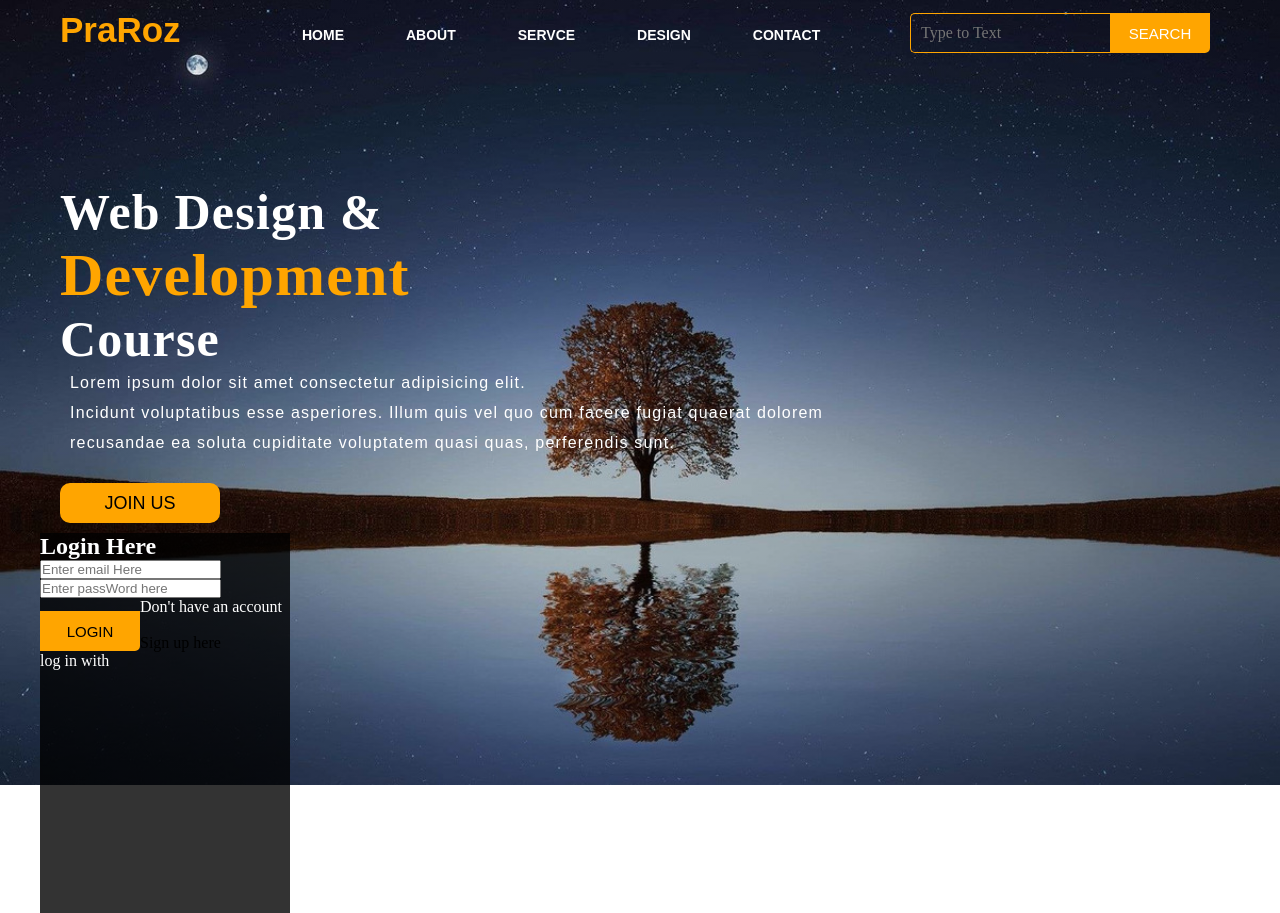
Repository: HuynhDuc23/project3
Page: index.html
These files come from the project's save history. The page is drawn as it stood at one moment and after the next save; the edit follows.
The browser window is 1280 px wide. The pictures show the whole page.

Above is the page before, as saved 2023-05-04 15:42:52.

### index.html
<html lang="en">
<head>
    <meta charset="UTF-8">
    <meta http-equiv="X-UA-Compatible" content="IE=edge">
    <meta name="viewport" content="width=device-width, initial-scale=1.0">
    <link rel="stylesheet" href="https://cdnjs.cloudflare.com/ajax/libs/font-awesome/6.4.0/css/all.min.css" integrity="sha512-iecdLmaskl7CVkqkXNQ/ZH/XLlvWZOJyj7Yy7tcenmpD1ypASozpmT/E0iPtmFIB46ZmdtAc9eNBvH0H/ZpiBw==" crossorigin="anonymous" referrerpolicy="no-referrer" />
    <link rel="stylesheet" href="style.css">
    <title>Document</title>
</head>
<body>
    <div class="main">
        <div class="navbar">
            <div class="icon">
                <h2 class="logo">PraRoz</h2>
            </div>
            <div class="menu">
                <ul>
                    <li><a href="#">HOME</a> </li>
                    <li><a href="#">ABOUT</a></li>
                    <li><a href="#">SERVCE</a></li>
                    <li><a href="#">DESIGN</a></li>
                    <li><a href="#">CONTACT</a></li>
                </ul>
            </div>
            <div class="search">
                <input type="search" class="srch" placeholder="Type to Text">
                <a href="#"><button class="btn">Search</button></a>
            </div>
        </div>
        <div class="content">
            <h1>Web Design & <br> <span>Development</span><br>Course</h1>
            <p class="para">Lorem ipsum dolor sit amet consectetur adipisicing elit. <br> Incidunt voluptatibus esse asperiores. Illum quis vel quo cum facere fugiat quaerat dolorem <br> recusandae ea soluta cupiditate voluptatem quasi quas, perferendis sunt.</p>


            <button class="cn" ><a  href="#">JOIN US</a></button>
            <div class="form">
                <h2>Login Here</h2>
                <input type="email" name="email" placeholder="Enter email Here">
                <input type="password" name="password" placeholder="Enter passWord here">
                <button class="btn"><a href="#">Login</a></button>

                <p class="link">Don't have an account </p> <br>
                <a href="#">Sign up here</a>
                <p class="liw">log in with</p>
            </div>
        </div>
    </div>
</body>
</html>

### style.css
* {
    margin: 0;
    padding: 0;
}
.main {
    width: 100%;
    background-image: linear-gradient(to right bottom , rgba(176, 55, 55, 0),rgba(0, 0, 0, 0.286)),url("img/Project3.png");
    background-position: center;
    background-size: cover;
    background-repeat: no-repeat;
    height: 109vh;
}
.navbar
{
    width: 1200px;
    height: 75px;
    margin: auto;
    /* overflow: hidden; */
}
.icon {
    width: 200px;
    float: left;
    height: 70px;

}
.logo {
    color: orange;
    font-size: 35px;
    font-family: Arial, Helvetica, sans-serif;
    padding-left: 20px;
    float: left;
    padding-top: 10px;
}
.menu {
    width: 400px;
    height: 70px;
    float: left;
}
ul {
    float: left;
    display: flex;
    justify-content: center;
    align-items: center;
}
ul li {
    list-style: none;
     margin-left: 62px;
     margin-top: 27px;
     font-size: 14px;
}
ul li a {
    text-decoration: none;
    color: white;
    text-transform: uppercase;
    font-family: Arial, Helvetica, sans-serif;
    transition: 0.5s ease-in-out;
    font-weight: bold;

}
ul li a:hover {
    color: orange;
}
.search {
    width: 330px;
    margin-left: 270px;
    float: left;
}
.srch {
    font-family: 'Times New Roman', Times, serif;
    width: 200px;
    height: 40px;
    background: transparent;
    border: 1px solid orange;
    margin-top: 13px;
    color: white;
    border-right: none;
    font-size: 16px;
    padding: 10px;
    float: left;
    border-bottom-left-radius: 5px;
    border-top-left-radius: 5px;
}
.btn {
    width: 100px;
    height: 40px;
    margin-top: 13px;
    color: white;
    background-color: orange;
    text-transform: uppercase;
    border: 2px solid orange;
    /* border-radius: 5px; */
    border-bottom-right-radius: 5px;

    font-size: 15px;
    float: left;
    cursor: pointer;

}
.btn:focus {
    outline: none;
}
.srch:focus {
    outline: none;
}
.content {
    width: 1200px;
    height: auto;
    margin: auto;
    color: white;
    position: relative;
}
.content .para {
    padding-left: 30px;
    padding-bottom: 25px;
    font-family: Arial, Helvetica, sans-serif;
    letter-spacing: 1.2px;
    line-height: 30px;
}
.content h1 {
    font-size: 50px;
    font-family: 'Times New Roman', Times, serif;
    padding-left: 20px;
    padding-top: 9%;
    letter-spacing: 1.2px;

}
.content .cn {

    width: 160px;
    height: 40px;
    background-color: orange;
    border: none;
    margin-bottom: 10px;
    margin-left: 20px;
    font-size: 18px;
    border-radius: 10px;
    transition: 0.5s ease;
    cursor: pointer;

}
.content a {
    text-decoration: none;
    color: black;
    transition: 0.4s ease;
}
.cn:hover {
    background-color: white;
}
.content span {
    color: orange;
    font-size: 60px;
    font-weight: bold;
}
.form {
    width: 250px;
    height: 380px;
    background: linear-gradient(to top , rgba(0,0,0,0.8)50% ,rgba(0,0,0,0.8)50% );
    position: absolute;

}

After the next save:
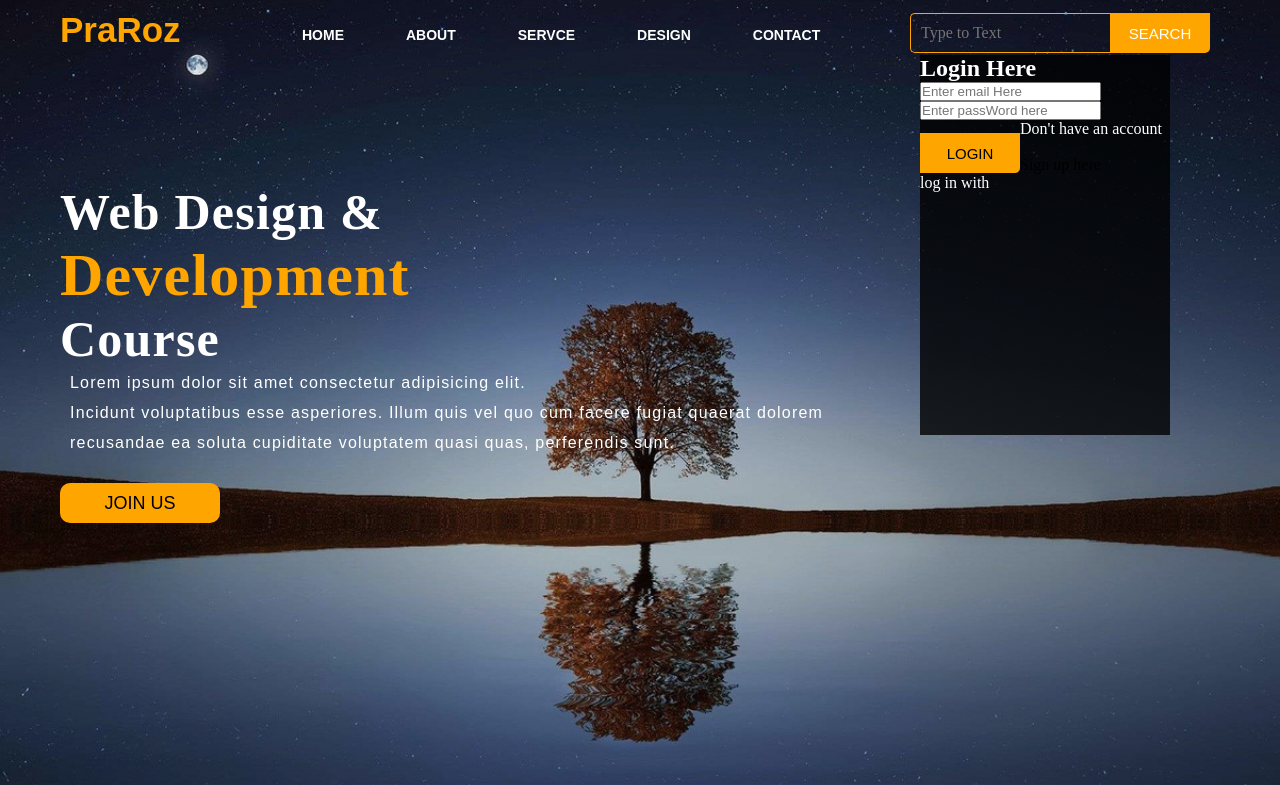
Saved 22 s later.
--- a/style.css
+++ b/style.css
@@ -156,5 +156,7 @@ ul li a:hover {
     height: 380px;
     background: linear-gradient(to top , rgba(0,0,0,0.8)50% ,rgba(0,0,0,0.8)50% );
     position: absolute;
+    top: -20px ;
+    left: 880px;
 
 }
